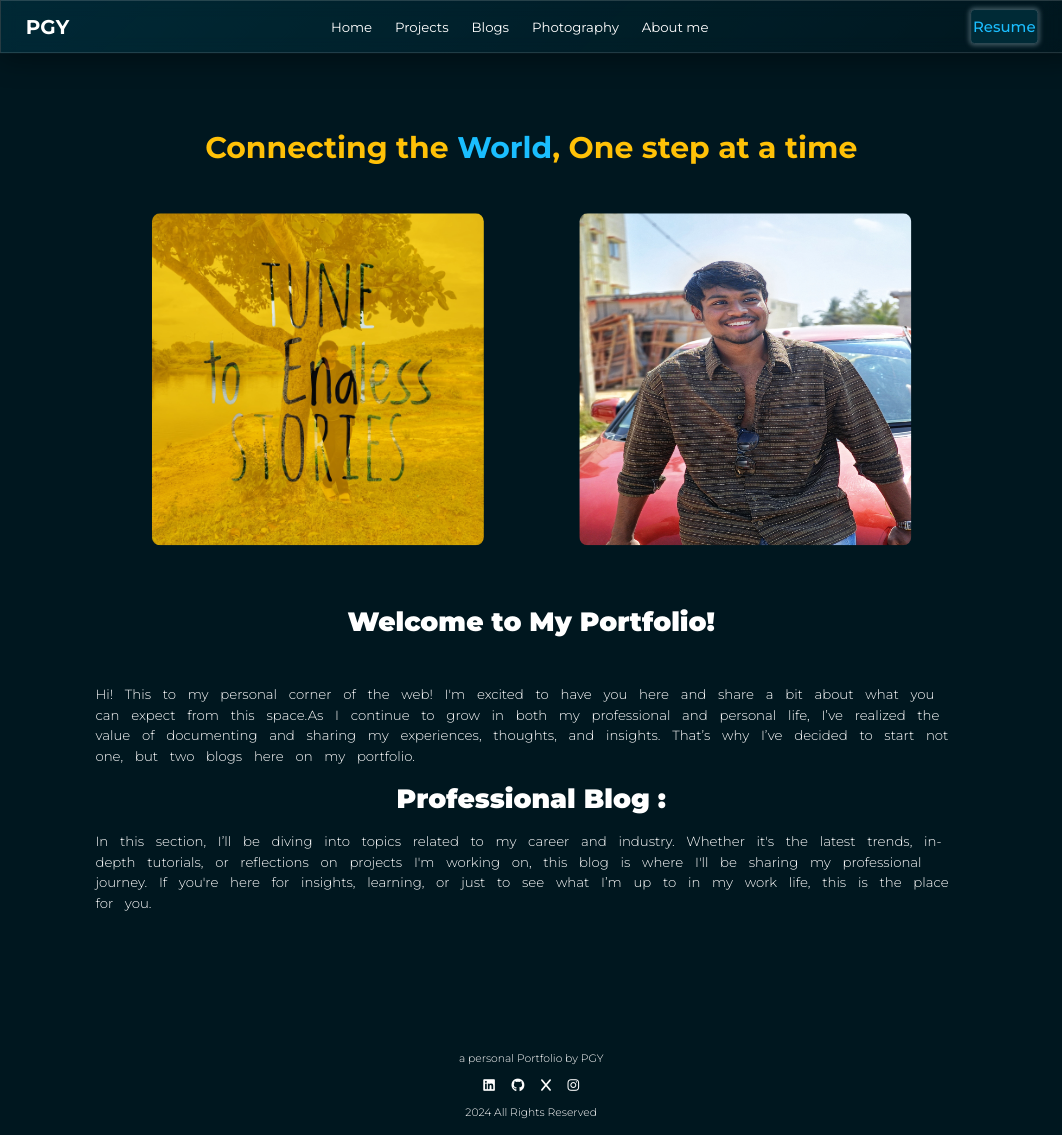
Repository: pgyunknown/pgyunknown
Page: blog.html
The author's editor kept a copy of each file at every save. The page is drawn from the files as they stood at one save, then again after the next save.
The browser window is 1280 px wide. The pictures show the whole page, at 83% of full size.
Some web libraries are served in a nearby version.

Above is the page before, as saved 2024-08-14 20:59:16.

### blog.html
<!DOCTYPE html>
<html lang="en">
<head>
    <meta charset="UTF-8">
    <meta name="viewport" content="width=device-width, initial-scale=1.0">
    <title>Document</title>
    <link rel="stylesheet" href="blog.css">
    <link rel="preconnect" href="https://fonts.googleapis.com">
<link rel="preconnect" href="https://fonts.gstatic.com" crossorigin>
<link href="https://fonts.googleapis.com/css2?family=Libre+Baskerville:ital,wght@0,400;0,700;1,400&family=Montserrat:ital,wght@0,100..900;1,100..900&family=Titillium+Web:ital,wght@0,200;0,300;0,400;0,600;0,700;0,900;1,200;1,300;1,400;1,600;1,700&display=swap" rel="stylesheet">
<link rel="stylesheet" href="https://cdnjs.cloudflare.com/ajax/libs/font-awesome/6.6.0/css/all.min.css" integrity="sha512-Kc323vGBEqzTmouAECnVceyQqyqdsSiqLQISBL29aUW4U/M7pSPA/gEUZQqv1cwx4OnYxTxve5UMg5GT6L4JJg==" crossorigin="anonymous" referrerpolicy="no-referrer" />
</head>
<body>
    <header>
        <div class="pgy_con">
                <div class="pgy"><a href="#">PGY</a></div>
        </div>
        <nav>
                <div class="nav_bar">
                <a href="#" id="home">Home</a>
                <a href="#"id="projects">Projects</a>
                <a href="#"id="blogs">Blogs</a>
                <a href="#"id="photo">Photography</a>
                <a href="#"id="About">About me</a>
                </div>
            </nav>
        <div class="resume_con">
                <button>Resume</button>
        </div>
    </header>
        <main>
            <div class="heading"><h1>Connecting the <span>World</span>, One step at a time</h1></div>
        <div class="contianer">
        <div ><img src="imgs/personal.jpg" alt=""></div>
        <div ><img src="imgs/IMG20240227144332 (1).jpg" alt=""></div>
        </div>
        <div class="blog_intro">
        <article >
            <h1>Welcome to My Portfolio!</h1><br><br>
<p>Hi! This to my personal corner of the web! I'm excited to have you here and share a bit about what you can expect from this space.As I continue to grow in both my professional and personal life, I’ve realized the value of documenting and sharing my experiences, thoughts, and insights. That’s why I’ve decided to start not one, but two blogs here on my portfolio.</p><br>
<h3>Professional Blog :</h3>
<p>In this section, I’ll be diving into topics related to my career and industry. Whether it's the latest trends, in-depth tutorials, or reflections on projects I'm working on, this blog is where I'll be sharing my professional journey. If you're here for insights, learning, or just to see what I’m up to in my work life, this is the place for you.</p>
        </article>
    </div>
    </main>
        <footer>
            <div class="footer_port">a personal Portfolio by PGY</div>
            <div class="footer_icons">
            <a href="https://www.linkedin.com/in/p-gokul-yadav-82548a295?utm_source=share&utm_campaign=share_via&utm_content=profile&utm_medium=android_app" alt="Gokul's linkedin profile" target="_blank"><i class="fa-brands fa-linkedin"></i></a>
            <a href="https://github.com/pgyunknown" alt="Gokul Github profile" target="_blank"><i class="fa-brands fa-github"></i></a>
            <a href="#"><i class="fa-brands fa-x" target="_blank"></i></a>
            <a href="#"><i class="fa-brands fa-instagram" target="_blank"></i></a>
        </div>
        <div class="copyrights">2024 All Rights Reserved</div>
    </footer>

</body>
</html>

### blog.css
*{margin: 0px;
    padding: 0px;
}
body{
    background-color: #00171F;
    color: white;
    box-sizing: border-box;


}
a{
    text-decoration: none;
    color: inherit;
}

header{
    display: flex;
    justify-content: space-between;
    align-items: center;
    padding: 10px;
    /* Glassy effect */
    background: linear-gradient(135deg, rgba(0, 200, 255, 0.1), rgba(255, 255, 255, 0));
    backdrop-filter: blur(10px);
    -webkit-backdrop-filter: blur(10px);
    border:1px solid rgba(255, 255, 255, 0.18);
    box-shadow: 0 8px 32px 0 rgba(0, 0, 0, 0.37);

    overflow: hidden;
    position: fixed; /* Set the navbar to fixed position */
    top: 0; /* Position the navbar at the top of the page */
    width: 100%;
}

.pgy_con
{
    margin-left: 20px;
    font-family: "Montserrat", sans-serif;
    font-optical-sizing: auto;
    font-size: x-large;
    font-weight: 700;
    font-style: normal;
    align-items: end;

}

.pgy_con .pgy a{
    text-decoration: none;
}
.nav_bar {
        /* height: 50px; */
    width: 500px;
    display: flex;
    justify-content: space-evenly;

    transition-property: all;
    transition-timing-function: ease-in-out;
    transition-delay: 1s;


}

.nav_bar a{
    box-sizing: border-box;
    font-family: "Montserrat", sans-serif;
    font-optical-sizing: auto;
    font-weight: 400;
    font-style: normal
    text-decoration: none;
    justify-content: space-around;
    align-items: center;
    padding: 5px ;
}

.nav_bar a:hover{
    color: #FFC107;
    text-shadow: #FFC107 0px 0px  1px;
    border-bottom: 0.5px solid #FFC107;


}


.resume_con {
    display: flex;
    justify-content: center;
    margin-right: 20px;
    background-color: #00171F;
    margin-right: 40px;
}
.resume_con button{
    background-color:rgba(0, 200, 255, 0.1);
    box-sizing: content-box;
    height: 40px;
    width: 80px;
    font-family: "Montserrat", sans-serif;
    font-optical-sizing: auto;
    font-size: large;
    font-weight: 500;
    font-style: normal;
    color: #1ABEFF;
    border: 0.0001px solid #3c555f;
    border-radius: 5px;
    box-shadow: 0px 0px 5px 2px #3c555f;

}
main{
    display: flex;
    flex-direction: column;
    justify-content:space-around;
    align-items: center;
    padding: 70px;
    margin: 55px;
}
.heading{
    display: flex;
    margin: 30px;
    padding-bottom: 20px;
    font-family: "Montserrat", sans-serif;
    font-optical-sizing: auto;
    font-size: large;
    font-weight: 500;
    font-style: normal;
    color: #FFC107;
}

main .heading span{
    color: #1ABEFF;
}
.contianer{
    height: 400px;
    width:100%;
    padding: 10px;

    display: flex;
    justify-content: space-around;
    align-items: center;
    flex-direction: row;

}
.contianer img{
    height: 400px;
    width: 400px;
    border-radius:10px;
    /* border: 1px solid #2792bd; */
    /* box-shadow: 0px 0px 35px 1px #2792bd; */


}
main article{
    padding-top:20px;
}

.blog_intro{
    padding: 40px;
    width: 1050px;
}

.blog_intro h1{
    text-align: center;
    font-family: "Montserrat", sans-serif;
    font-optical-sizing: auto;
    font-size: xx-large;
    font-weight: 900;
    font-style: normal;
}
.blog_intro h3{
    text-align: center;
    font-family: "Montserrat", sans-serif;
    font-optical-sizing: auto;
    font-size: xx-large;
    font-weight: 900;
    font-style: normal;
}
.blog_intro p{
    padding-top: 20px;
    font-family: "Montserrat", sans-serif;
    font-optical-sizing: auto;
    font-optical-sizing: ;
    font-size: medium;
    font-weight: 300;
    font-style: normal;

    word-spacing: 10px;
    line-height: 25px;
}



footer{
    display: flex;
    flex-direction:column;
    justify-content: space-evenly;
    align-items: center;
    margin-bottom: 20px;

    font-family: "Montserrat", sans-serif;
    font-optical-sizing: auto;
    font-size: small;
    font-weight: 300;
    font-style: normal;
}

.footer_icons{
    display: flex;
    justify-content: center;
    align-items: center;
    width: 50px;
    height: 50px;
}



.copyrights{
    display: flex;
    justify-content: center;
    align-items: center;
}

.footer_icons a{
font-size: medium;
padding: 10px;
width: 50px;
height: 50px;
display: flex;
justify-content: center;
align-items: center;
}

After the next save:
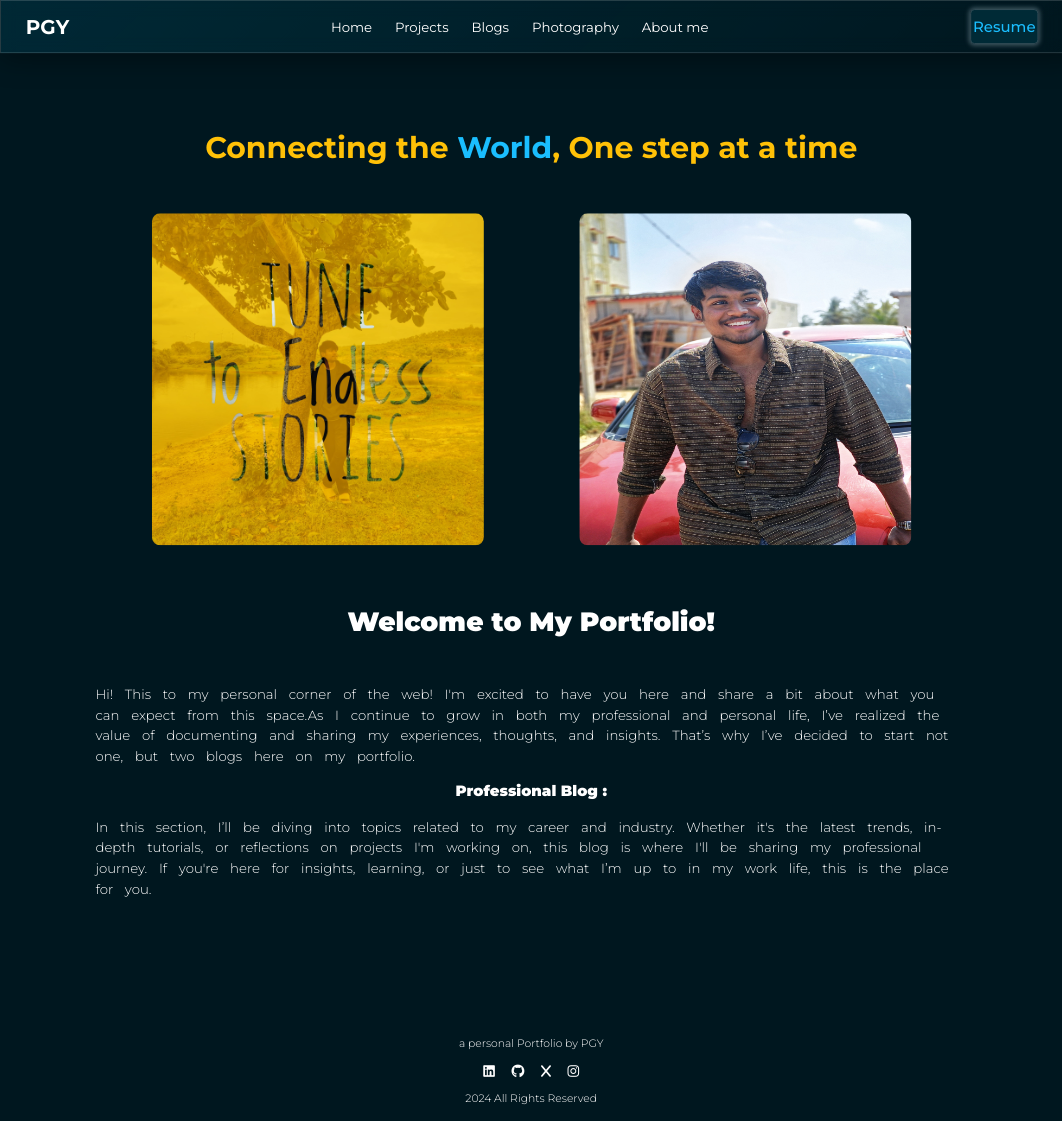
Saved 6 s later.
--- a/blog.css
+++ b/blog.css
@@ -167,7 +167,7 @@ main article{
     text-align: center;
     font-family: "Montserrat", sans-serif;
     font-optical-sizing: auto;
-    font-size: xx-large;
+    font-size: large;
     font-weight: 900;
     font-style: normal;
 }
